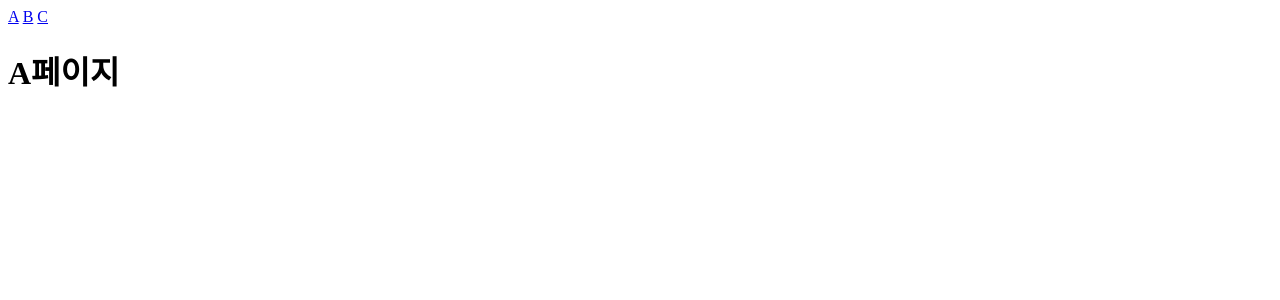
Repository: blueochild/jsp-study
Page: http://localhost/test/index.jsp?section=A
An editor plug-in stored every save of this project. The page is shown before and after the next save, followed by the edit.
The browser window is 1280 px wide. The pictures show the whole page.
The page is served by Tomcat 9.

Above is the page before, as saved 2020-12-07 04:58:55.

After the next save:
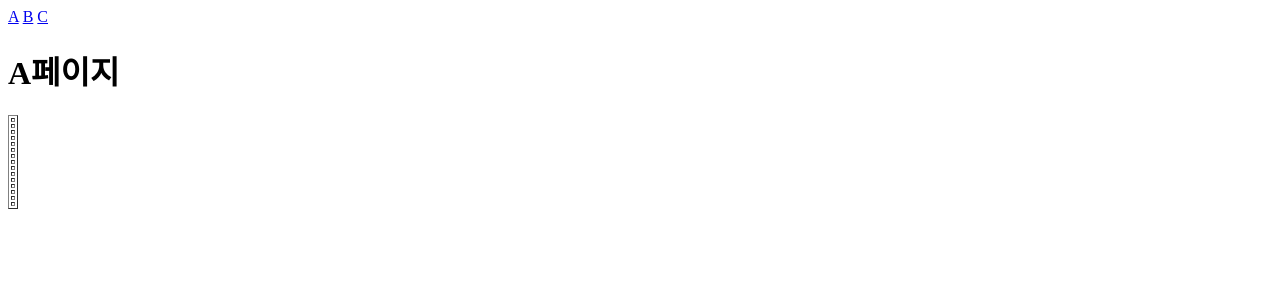
Saved 18 s later.
--- a/Test_Education_JSP/test/WebContent/index.jsp
+++ b/Test_Education_JSP/test/WebContent/index.jsp
@@ -29,7 +29,7 @@
 				%><h2>메인 페이지입니다.</h2><%
 		}
 	%>
-	<table>
+	<table border=1>
 		<%
 		for (int number : array){
 		%>
